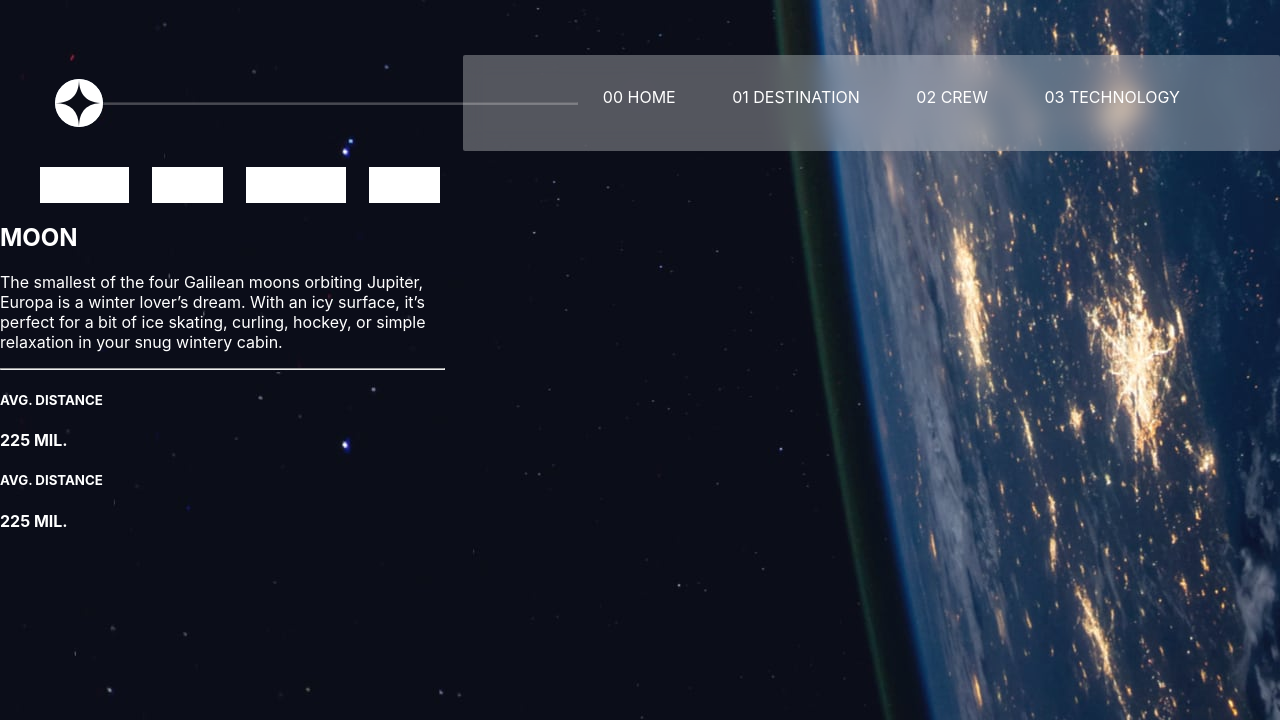
Repository: jhonenmanuel1/FrontEndMentor-MultiPageSpace
Page: /
These files come from the project's save history. The page is drawn as it stood at one moment and after the next save; the edit follows.
The browser window is 1280 px wide. The pictures show the whole page.
The project was rebuilt for these pictures with package versions that can differ from the ones it lists, and the page was loaded fresh each time. Also part of the build but not shown: src/views/home.js.

Above is the page before, as saved 2022-06-23 22:51:25.

### src/App.js

import HeaderView from './components/header';
import Destination from './views/destination';
import HomeView from './views/home';


function App() {
  return (
    <div className="App">
      <HeaderView/>
      <Destination/>


    </div>
  );
}

export default App;

### src/components/header.js
import styles from "../styles/header.module.css"

const HeaderView = ()=>{

    return(
        <div className={styles.wraper}>
            <div className={styles.headerLogo}>
            <svg xmlns="http://www.w3.org/2000/svg" width="48" height="48"><g fill="none" fill-rule="evenodd"><circle cx="24" cy="24" r="24" fill="#FFF"/><path fill="#0B0D17" d="M24 0c0 16-8 24-24 24 15.718.114 23.718 8.114 24 24 0-16 8-24 24-24-16 0-24-8-24-24z"/></g></svg>
            </div>
            <div className={styles.headerLine}>
                <hr />
            </div>
            <div className={styles.headerMenu}>
                 <ul>
                    <li> 00 HOME</li>
                    <li> 01 DESTINATION </li>
                    <li> 02 CREW </li>
                    <li className={styles.lastList}> 03 TECHNOLOGY</li>

                </ul>
            </div>

        </div>
    )
}
export default HeaderView;

### src/views/destination.js
import PlanetCardInfo from "../atoms/PlanetCardInfo";

export default function Destination() {
  return (
    <>
      <div className="destinationContainer">
        <div className="planetCard">
          <div className="titlePlanet"></div>
          <div className="planetCardImage"></div>
        </div>
        <div>
            <PlanetCardInfo/>
        </div>
      </div>
    </>
  );
}

### src/styles/header.module.css
.wraper {
    margin-top: 55px;
    display: flex;
    justify-content: space-between;


    background-position: center center;
    background-repeat: no-repeat;
    background-size: cover


}
.headerLogo{
    display: flex;
    justify-content: center;
    align-items: center;


}
.headerLogo svg {
    background-color: aliceblue;
    border-radius: 100%;
    height: 48px;
    width: 48px;
    margin-left: 55px;
}

.headerMenu{
    background-color: rgba(255, 255, 255, 0.3);
    border-radius: 2px;
    text-align: center;
    backdrop-filter: blur(12px);
    -webkit-backdrop-filter: blur(10px);
    width: 830px;
    height: 96px;



}

.headerMenu ul {
    display: flex;
    justify-content:  space-between;
    align-items: center;
    padding-right: 100px;
    margin-left: 100px;
    margin-top: 32px;
    color: white;


}
.headerMenu ul li {
    text-decoration: none;
    list-style: none;

}

.headerLogo{
    color: white;

}
.headerLine {
    display: flex;
    justify-content: center;
    align-items: center;
    margin-right: -9%;
    z-index: 1;

}
.headerLine hr {
    height: 1px;
    background-color: white;
    color: white;
    width: 473px;
    opacity:  25.15%;

}

### src/atoms/PlanetCardInfo.js
import styles from  '../styles/planetcardinfo.module.css'
export default function PlanetCardInfo() {
  return (
    <section section className={styles.planetCardInfoContainer}>
      <div >
        <div className={styles.planetCardHeader}>
          <ul>
            <li>Moom</li>
            <li>Mars</li>
            <li>Europa</li>
            <li>Titan</li>
          </ul>
        </div>
        <div className="planetCardTitle">
          <h1> MOON</h1>
        </div>
        <p>
          The smallest of the four Galilean moons orbiting Jupiter, Europa is a
          winter lover’s dream. With an icy surface, it’s perfect for a bit of
          ice skating, curling, hockey, or simple relaxation in your snug
          wintery cabin.
        </p>
        <hr></hr>
        <div className="planetCardFooter">
          <div>
            <div className="Mini Targets"></div>
          </div>
          <h5>AVG. DISTANCE</h5>
          <h4>225 MIL.</h4>
        </div>
        <div className="planetCardFooter">
          <div>
            <div className="Mini Targets"></div>
          </div>
          <h5>AVG. DISTANCE</h5>
          <h4>225 MIL.</h4>
        </div>
      </div>
    </section>
  );
}

### src/styles/homeview.module.css
body{
    color: white;
    background-image: url("../components/Images/home/background-home-desktop.jpg") ;
}
.containerCard{
    display: flex;
    margin-top: 257px;
    justify-content: center;
    align-items: center;
}
.spaceinfo{
    padding-right: 325px;
}
.homeSpaceTarget{
    max-width: 461.76px;
    display: flex;
    justify-content: center;
    align-items: center;
    margin: 0px;

}

.homeSpaceTargeth3 {
    font-weight: 1;
    font-size: 34px;
    margin: 0px;
}
.homeSpaceTargeth1{

    font-family: 'Bellefair';
    font-style: normal;
    font-weight: 400;
    font-size: 128px;
    line-height: 147px;
    margin: 0px;
}
.homeSpaceTargetp{
    font-size: 18px;
}
.explore{

    margin-bottom: -70px;
}

### src/styles/planetcardinfo.module.css
.planetCardInfoContainer {
  display: flex;
  align-items: center;
  justify-content: center;
  max-width: 445px;
}
.planetCardHeader {

}

.planetCardHeader ul {
    display: flex;
    justify-content: space-between;

}
.planetCardHeader ul li {
    margin-right: 5px;
    list-style: none;
    font-size: 30px;
    background-color: white;

}

Loaded but not shown: public/index.html (common file); src/index.js (common file); src/index.css (common file); src/reportWebVitals.js (common file)

After the next save:
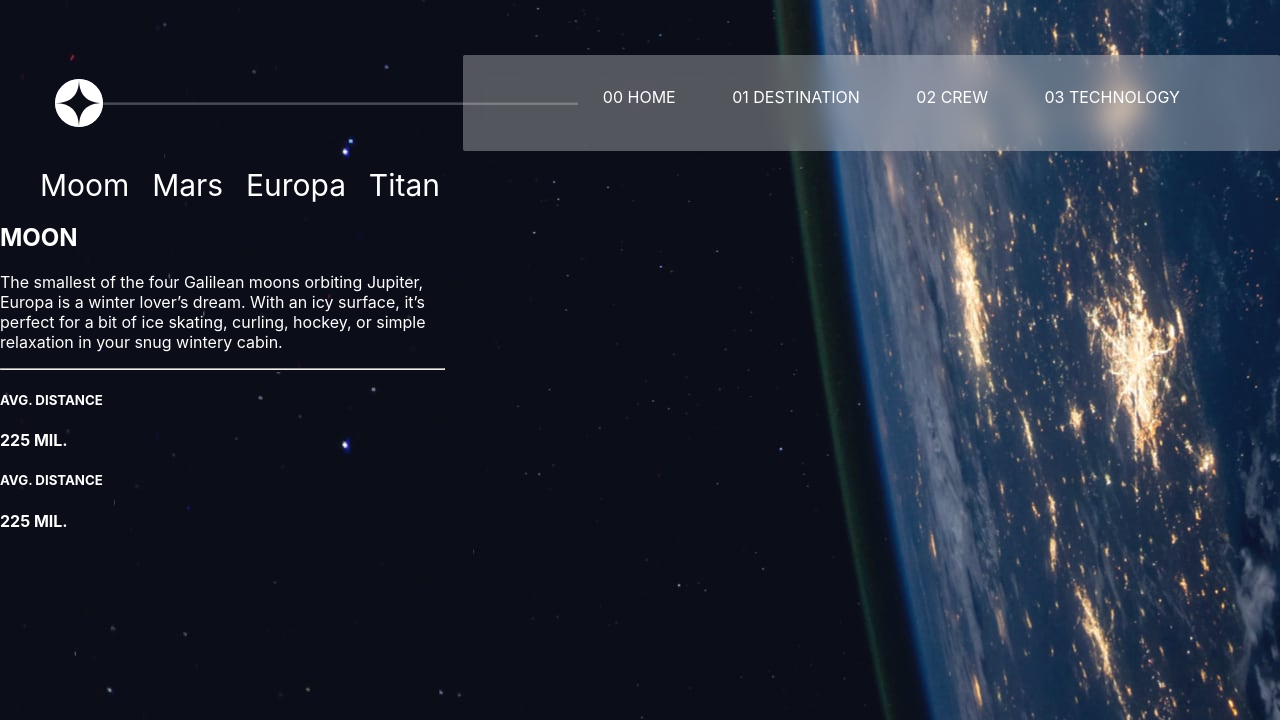
Saved 11 s later.
--- a/src/styles/planetcardinfo.module.css
+++ b/src/styles/planetcardinfo.module.css
@@ -17,6 +17,6 @@
     margin-right: 5px;
     list-style: none;
     font-size: 30px;
-    background-color: white;
+
 
 }
